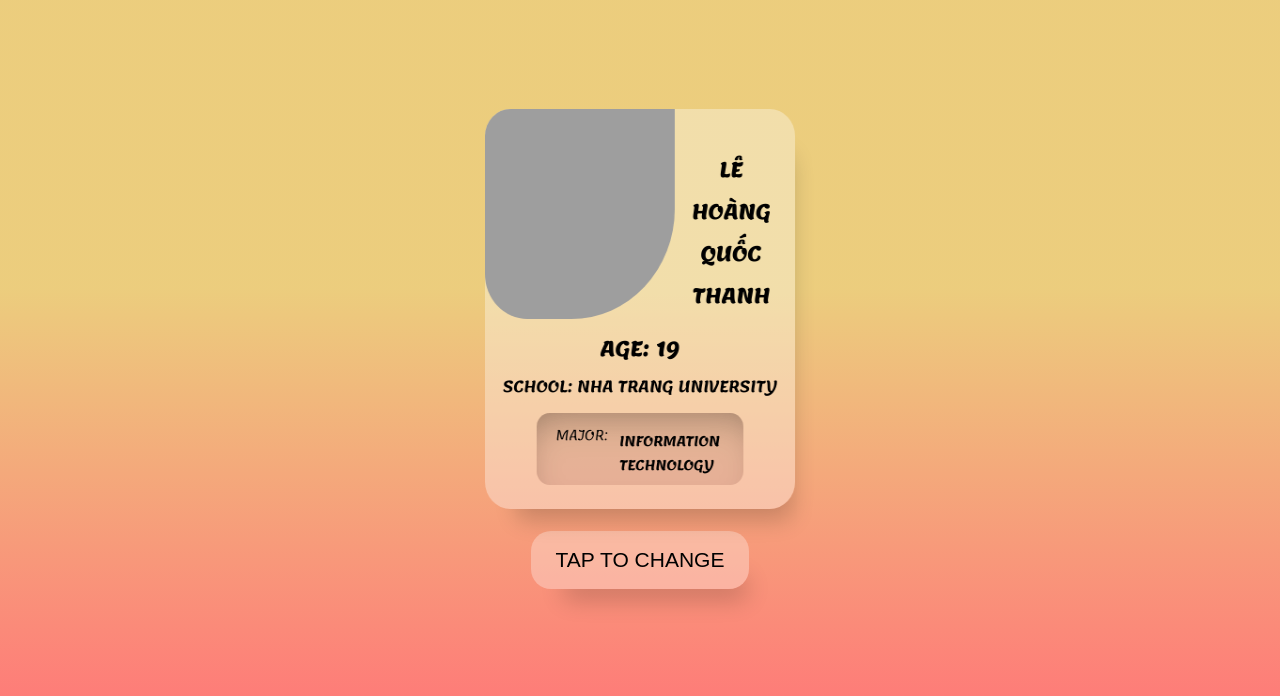
Repository: ThanhThn/profile
Page: index.html
The author's editor kept a copy of each file at every save. The page is drawn from the files as they stood at one save, then again after the next save.
The browser window is 1280 px wide. The pictures show the whole page.
After loading, the first visible `#btn` was clicked once.
Pictures or frames that could not be fetched are drawn as grey boxes. Some web fonts or font styles are not loaded; a fallback is used.

Above is the page before, as saved 2022-12-05 21:23:57.

After the next save:
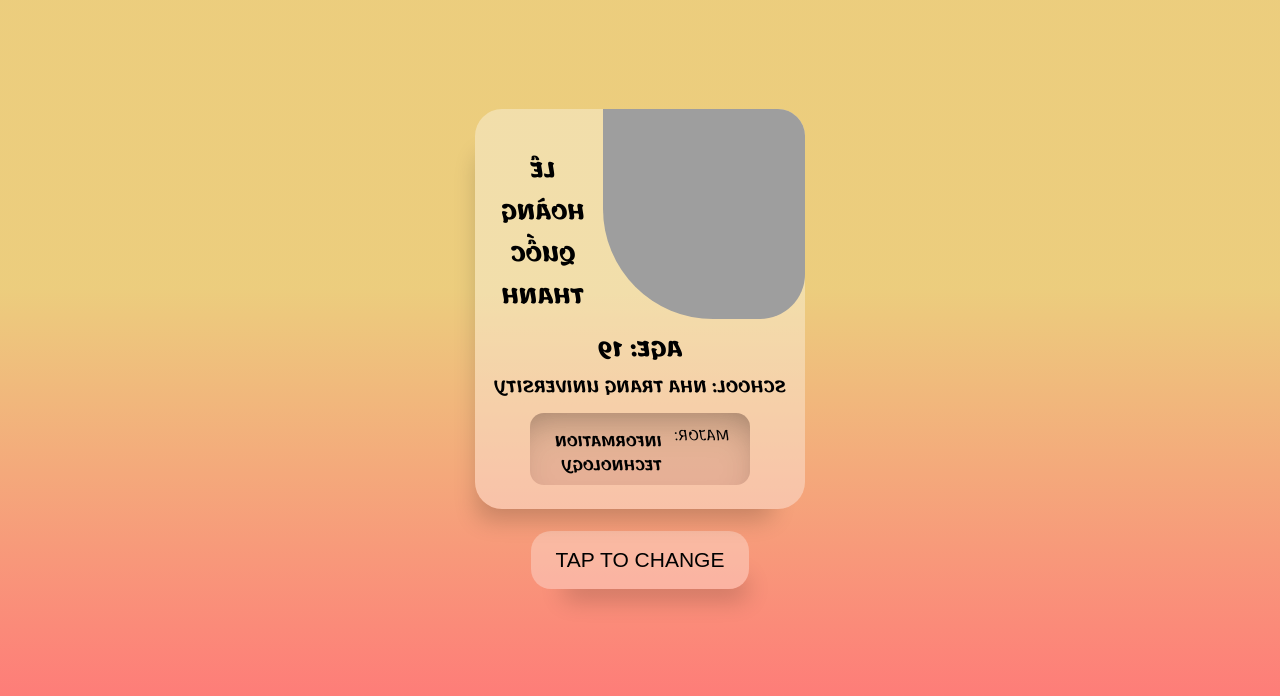
Saved 14 s later.
--- a/index.html
+++ b/index.html
@@ -35,8 +35,8 @@
         const main = document.getElementsByClassName("content");
         btn.addEventListener("click", () => {
             for(let i = 0; i < main.length; i++){
-                main[i].style.msTransform = "rotateY(20deg)";
-                main[i].style.transform = "rotateY(20deg)";
+                main[i].style.msTransform = "rotateY(180deg)";
+                main[i].style.transform = "rotateY(180deg)";
             }
         })
     </script>
